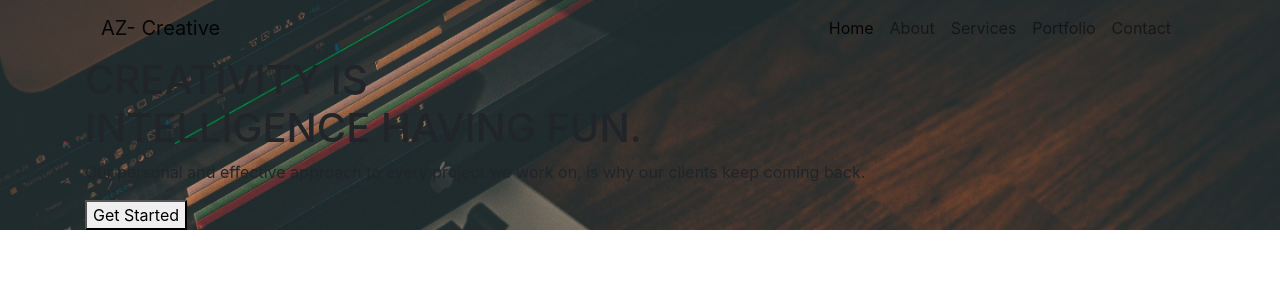
Repository: Syfon01/hng-port
Page: index.html
An editor plug-in stored every save of this project. The page is shown before and after the next save, followed by the edit.
The browser window is 1280 px wide. The pictures show the whole page.

Above is the page before, as saved 2020-06-27 20:32:37.

After the next save:
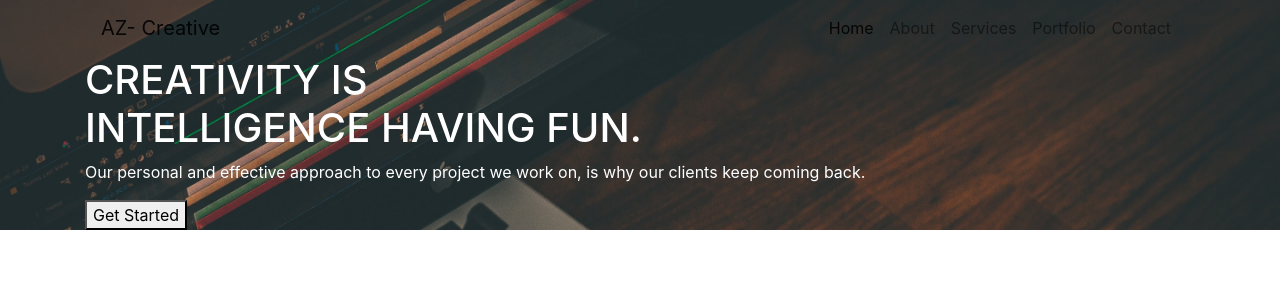
Saved 9 s later.
--- a/index.html
+++ b/index.html
@@ -42,7 +42,7 @@
           </div>
         </nav>
 
-        <div class="home-content">
+        <div class="home-content text-white">
           <h1>CREATIVITY IS
             <br>
             INTELLIGENCE HAVING FUN.</h1>
